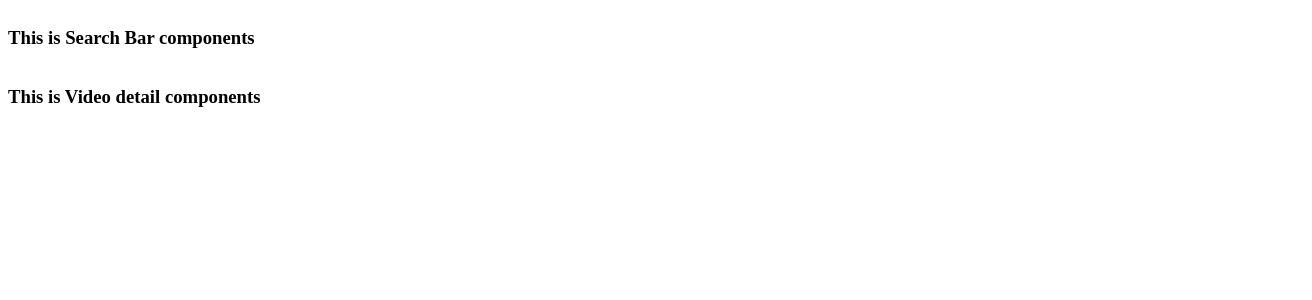
Repository: Vickydew1/YouTube_Clone
Page: /
The author's editor kept a copy of each file at every save. The page is drawn from the files as they stood at one save, then again after the next save.
The browser window is 1280 px wide. The page is 1280 px wide, then 1312 px, so the pictures cover 1312 px, including what lies to the right of the window. The pictures show the whole page.
The project was rebuilt for these pictures with package versions that can differ from the ones it lists, and the page was loaded fresh each time.

Above is the page before, as saved 2022-03-01 23:12:47.

### src/App.js
import React from "react";
// eslint-disable-next-line no-unused-vars
import youtube from "./api/youtube";
import { Grid } from "@material-ui/core";

import SearchBar from "./components/SearchBar";
import VideoDetail from "./components/VideoDetail.js";
// import { VideoList } from "./components/VideoList";

class App extends React.Component {
  render() {
    return (
      <Grid justify="center" container spacing={16}>
        <Grid item xs={12}>
          <Grid container spacing={16}>
            <Grid item xs={12}>
              <SearchBar />
            </Grid>
            <Grid item xs={8}>
              <VideoDetail />
            </Grid>
            <Grid item xs={4}>
              {/*  {video List}  */}
            </Grid>
          </Grid>
        </Grid>
      </Grid>
    );
  }
}

export default App;

### src/api/youtube.js
import axios from "axios";

export default axios.create({
  baseURL: "https://www.googleapis.com/youtube/v3",
  params: {
    part: "snippet",
    maxResults: 5,
    key: "AIzaSyAXLDQR2yjJdQyC_Hruacd21UQA1x5q95Y",
  },
});

### src/components/SearchBar.js
import React from "react";

class SearchBar extends React.Component {
  render() {
    return <h3>This is Search Bar components</h3>;
  }
}

export default SearchBar;

### src/components/VideoDetail.js
import React from "react";

class VideoDetail extends React.Component {
  render() {
    return <h3>This is Video detail components</h3>;
  }
}

export default VideoDetail;

Loaded but not shown: public/index.html (common file); src/index.js (common file)

After the next save:
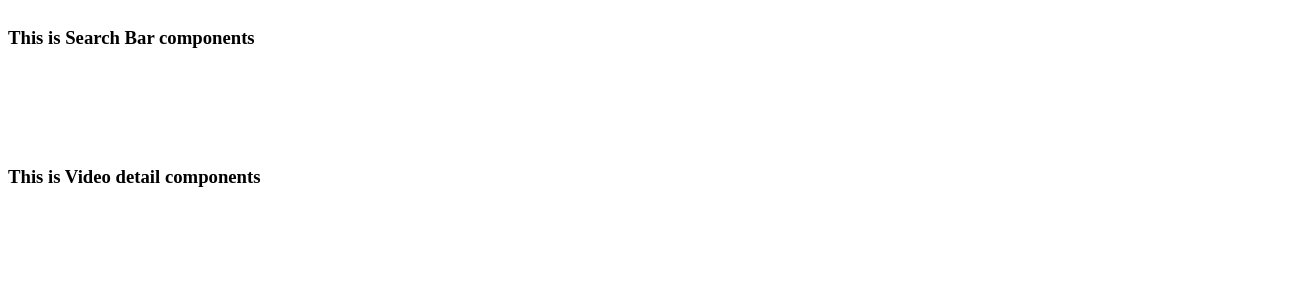
Saved 42 s later.
--- a/src/App.js
+++ b/src/App.js
@@ -10,9 +10,9 @@ import VideoDetail from "./components/VideoDetail.js";
 class App extends React.Component {
   render() {
     return (
-      <Grid justify="center" container spacing={16}>
+      <Grid justify="center" container spacing={10}>
         <Grid item xs={12}>
-          <Grid container spacing={16}>
+          <Grid container spacing={10}>
             <Grid item xs={12}>
               <SearchBar />
             </Grid>
